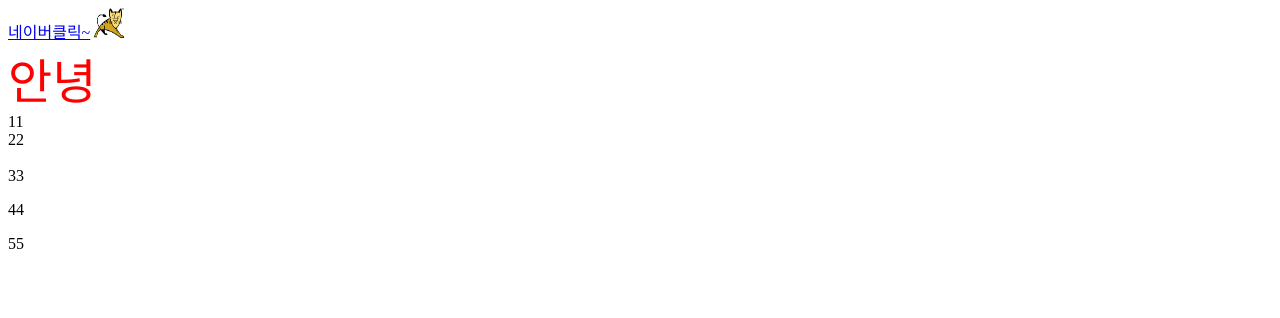
Repository: MinHyeJun/OpenSourceFramework
Page: web_prj/webapp/test.html
An editor plug-in stored every save of this project. The page is shown before and after the next save, followed by the edit.
The browser window is 1280 px wide. The pictures show the whole page.

Above is the page before, as saved 2018-06-26 02:20:21.

### web_prj/webapp/test.html

<html>
<head>
<meta charset="UTF-8">
<title>Insert title here</title>
</head>
<body>
<a href="http://www.naver.com">네이버클릭~</a>
<img src="tomcat.png" width=30 height=30><br>
<font size=10 color=red>안녕</font><br>
11<br>
22<br><br>
33<p>
44<p><p>
55

</body>
</html>

After the next save:
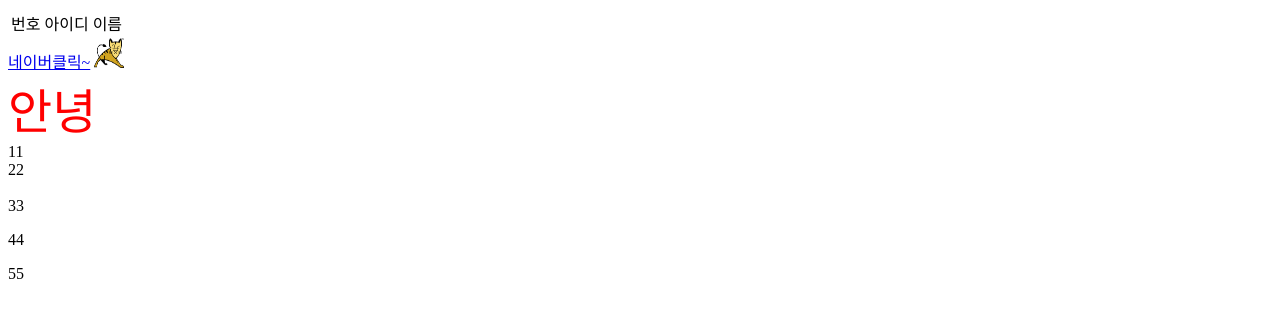
Saved 104 s later.
--- a/web_prj/webapp/test.html
+++ b/web_prj/webapp/test.html
@@ -5,6 +5,15 @@
 <title>Insert title here</title>
 </head>
 <body>
+<table>
+	<tr>
+		<td>번호</td>
+		<td>아이디</td>
+		<td>이름</td>
+	</tr>
+
+</table>
+
 <a href="http://www.naver.com">네이버클릭~</a>
 <img src="tomcat.png" width=30 height=30><br>
 <font size=10 color=red>안녕</font><br>
